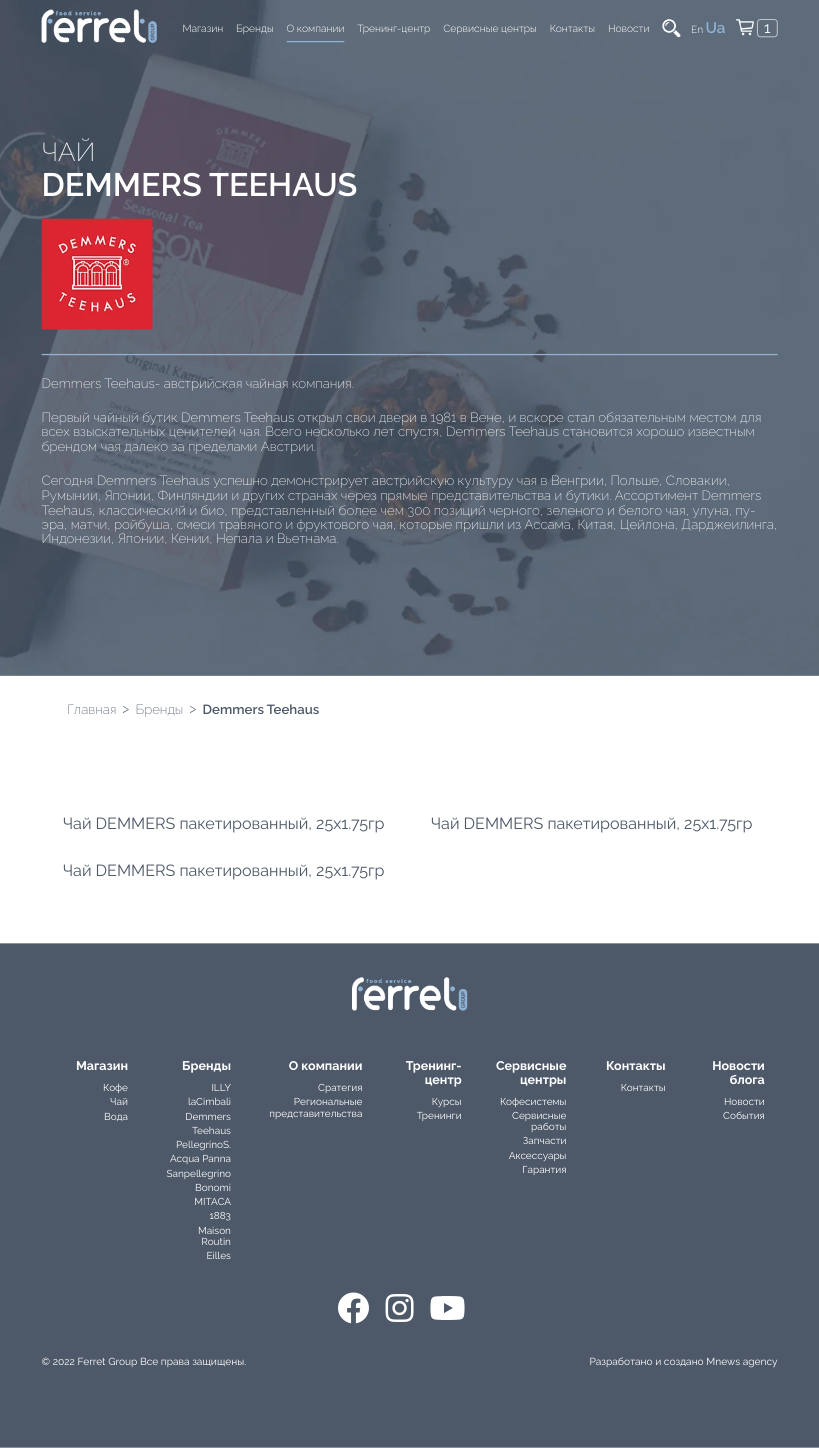
Repository: fanbear/ferret
Page: brands.html
The author's editor kept a copy of each file at every save. The page is drawn from the files as they stood at one save, then again after the next save.
The browser window is 1280 px wide. The pictures show the whole page, at 64% of full size.

Above is the page before, as saved 2022-02-02 00:16:31.
Console error: TypeError: Cannot read properties of null (reading 'addEventListener')

After the next save:
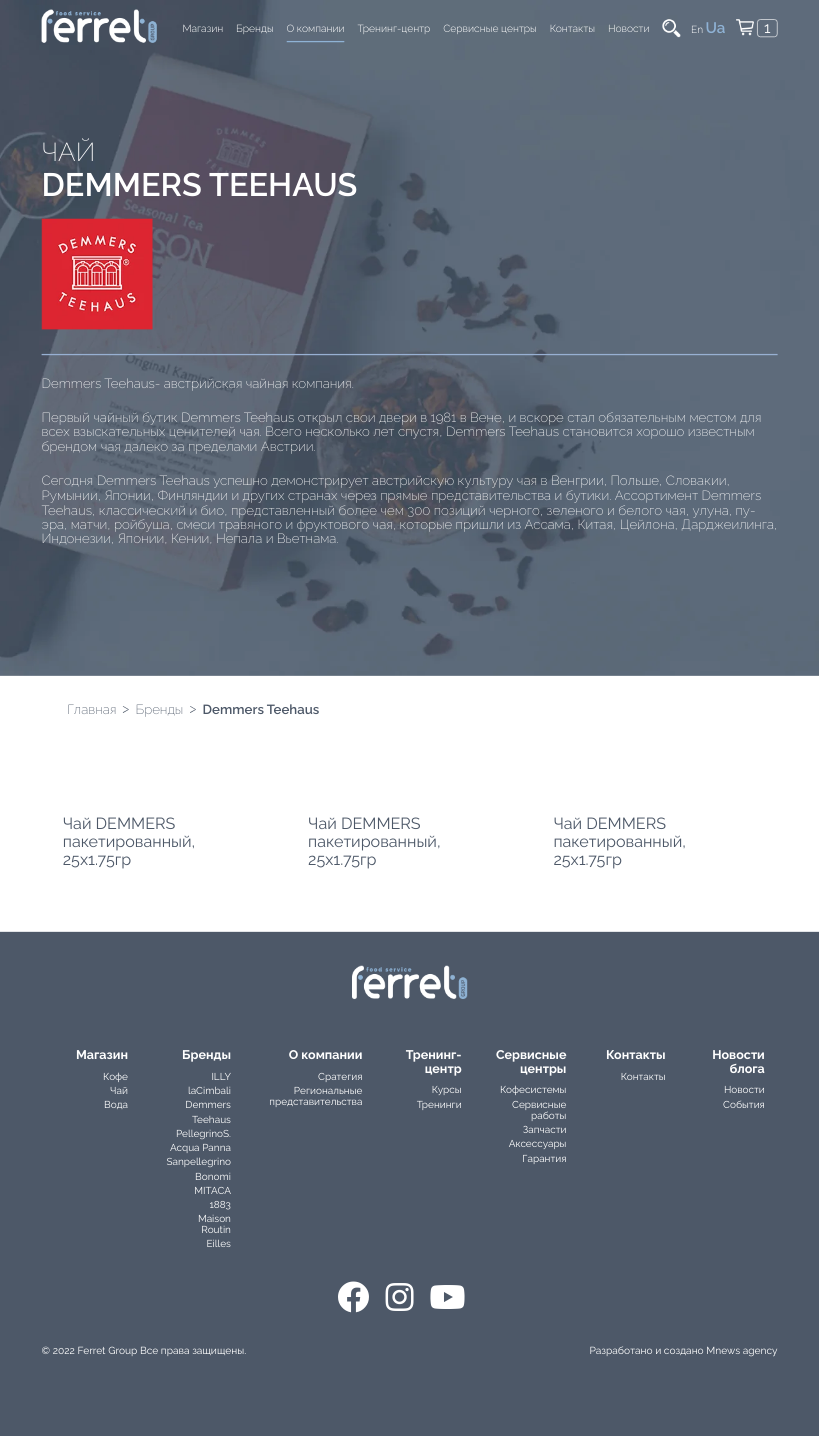
Saved 11 s later.
--- a/css/main.css
+++ b/css/main.css
@@ -370,7 +370,7 @@
 }
 
 .filter__item {
-    flex: 1 1 calc(100% / 3 - 33px);
+    flex: 1 1 calc(100% / 3 - 66px);
     margin: 23px 33px;
 }
 
